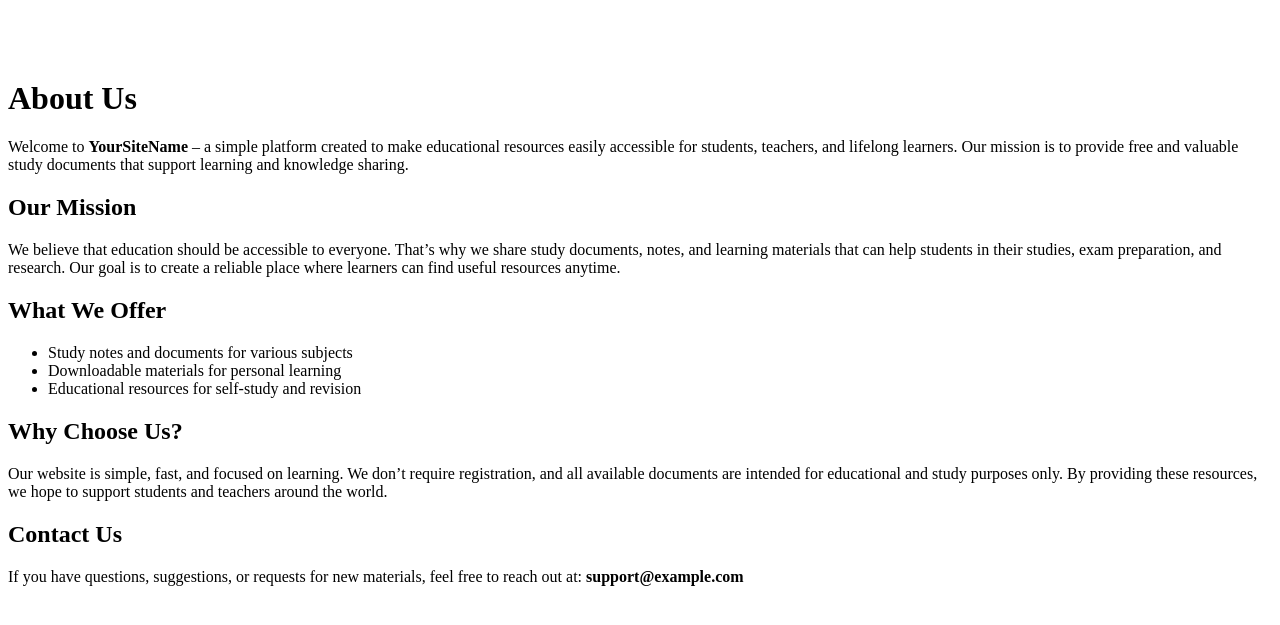
Repository: saroeuntola/we-share
Page: http://localhost/about?lang=en
The author's editor kept a copy of each file at every save. The page is drawn from the files as they stood at one save, then again after the next save.
The browser window is 1280 px wide. The pictures show the whole page.
The page is run by PHP 8.4 with error messages shown; the project is at /var/www/html/. Style sheets and scripts are compiled from the project's sources, by tool versions that may differ from the author's.

Above is the page before, as saved 2025-08-29 14:17:09.

After the next save:
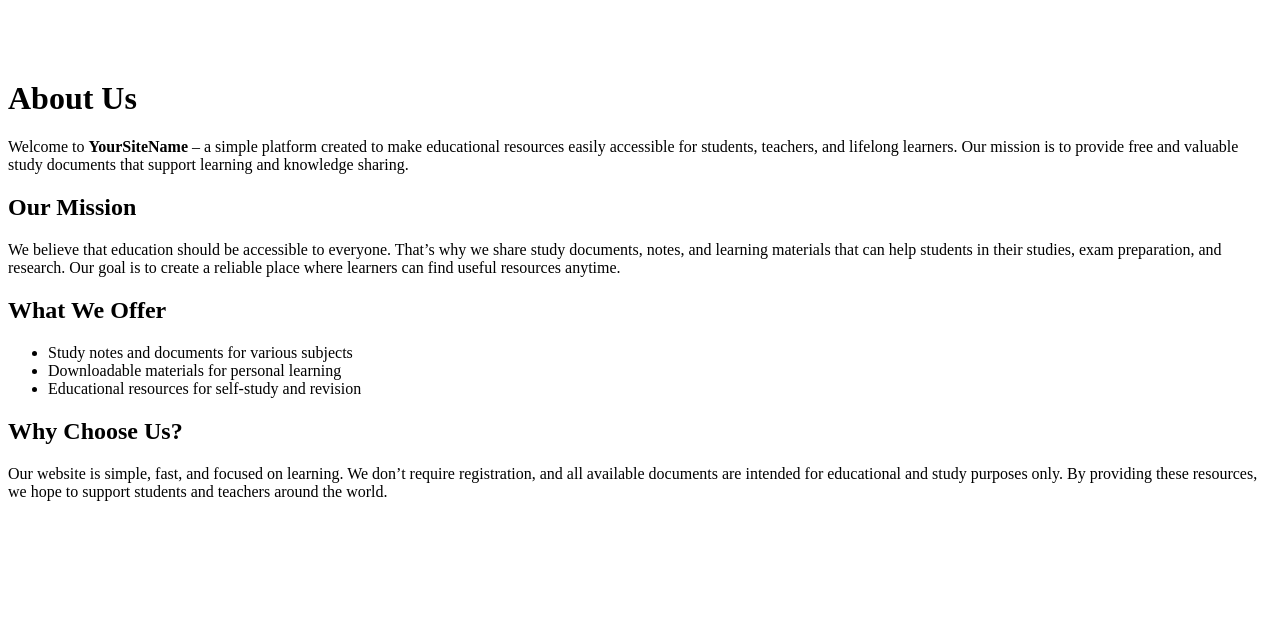
Saved 5 s later.
--- a/about.php
+++ b/about.php
@@ -50,8 +50,6 @@
         <h2 class="text-xl font-semibold mt-8 mb-2">Why Choose Us?</h2>
         <p class="mb-4">Our website is simple, fast, and focused on learning. We don’t require registration, and all available documents are intended for educational and study purposes only. By providing these resources, we hope to support students and teachers around the world.</p>
 
-        <h2 class="text-xl font-semibold mt-8 mb-2">Contact Us</h2>
-        <p>If you have questions, suggestions, or requests for new materials, feel free to reach out at: <strong>support@example.com</strong></p>
     </main>
 </body>
 
